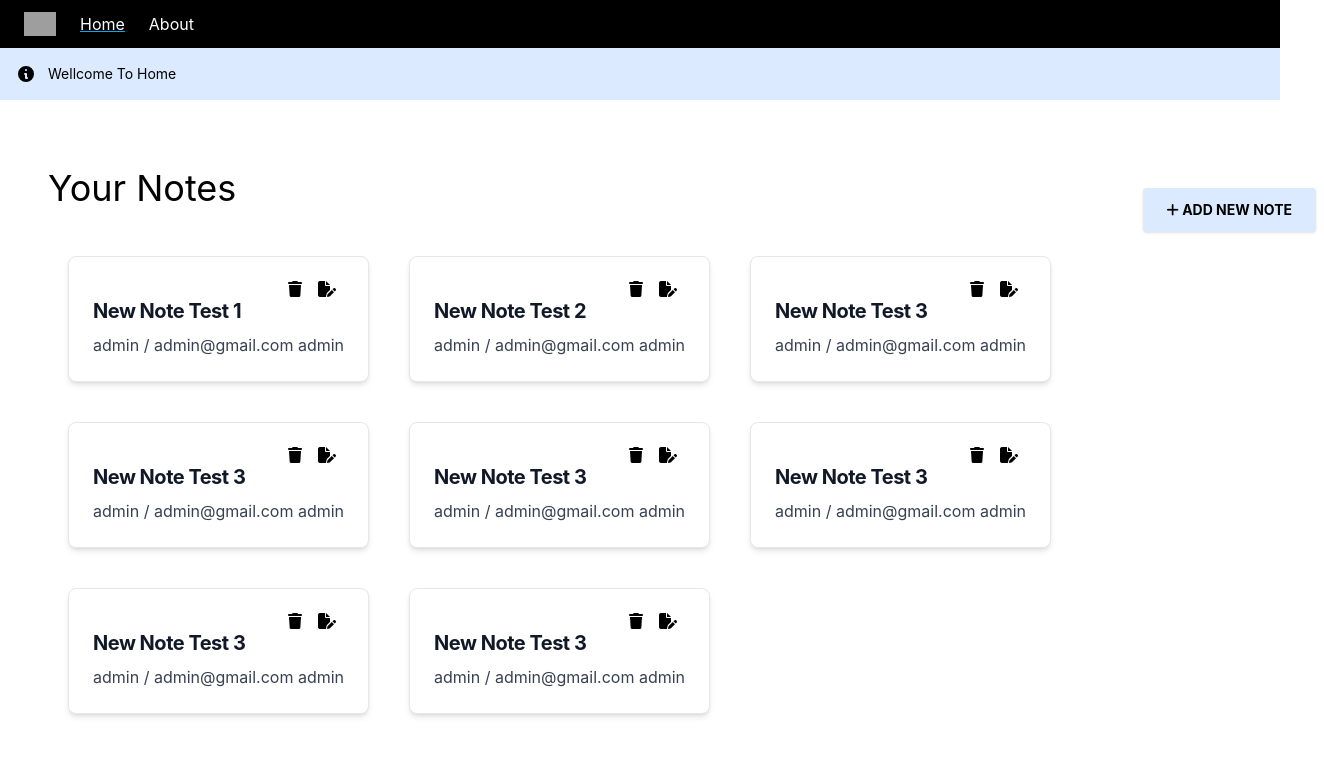
Repository: sonawaneteju4/iNote
Page: /
The author's editor kept a copy of each file at every save. The page is drawn from the files as they stood at one save, then again after the next save.
The browser window is 1280 px wide. The page is 1324 px wide, so the pictures cover 1324 px, including what lies to the right of the window. The pictures show the whole page.
Pictures or frames that could not be fetched are drawn as grey boxes. Some web libraries are served in a nearby version. The project was rebuilt for these pictures with package versions that can differ from the ones it lists, and the page was loaded fresh each time. Also part of the build but not shown: src/components/AddNote.js, src/components/About.js.

Above is the page before, as saved 2022-10-11 11:00:58.

After the next save:
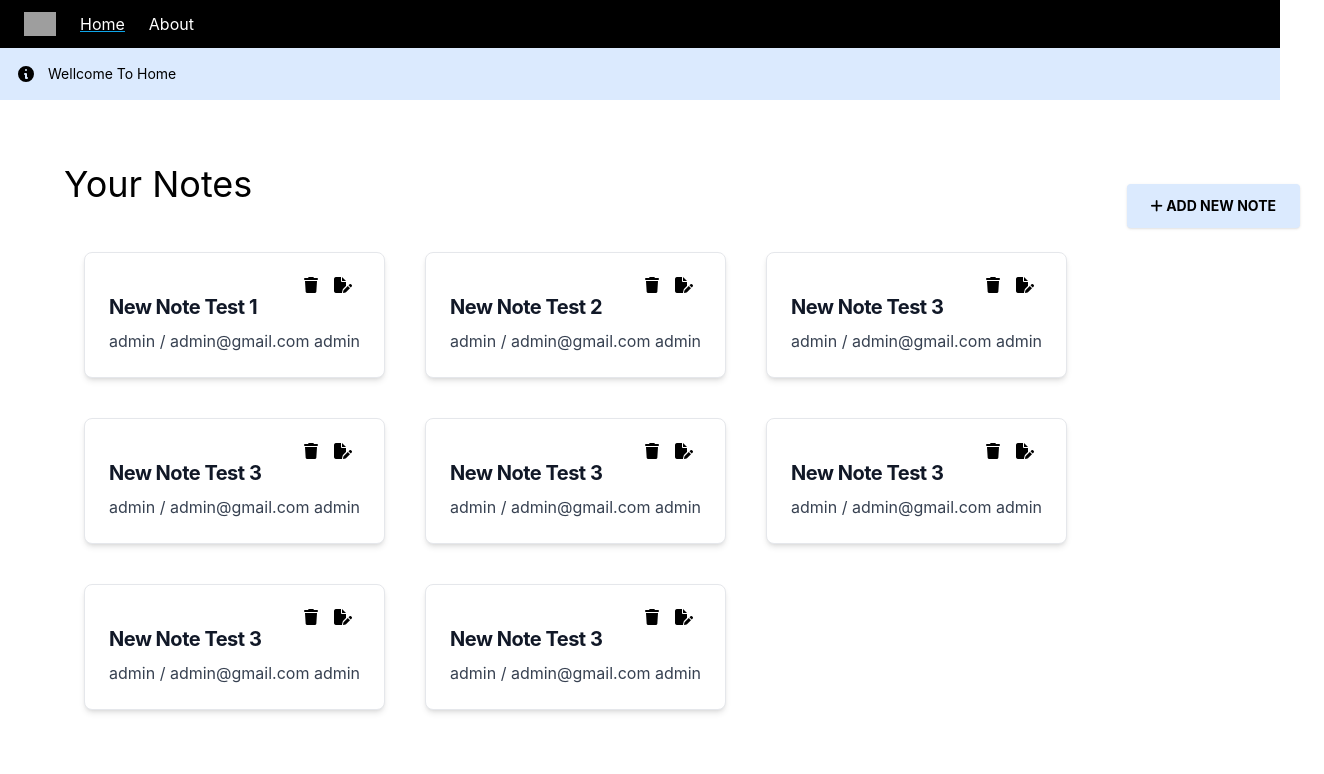
Saved 6 s later.
--- a/src/components/Home.js
+++ b/src/components/Home.js
@@ -5,7 +5,7 @@ import Notes from './Notes';
 const Home = () => {
 
   return (
-    <div className='p-1'>
+    <div className='m-5'>
       <Notes />
     </div>
 
